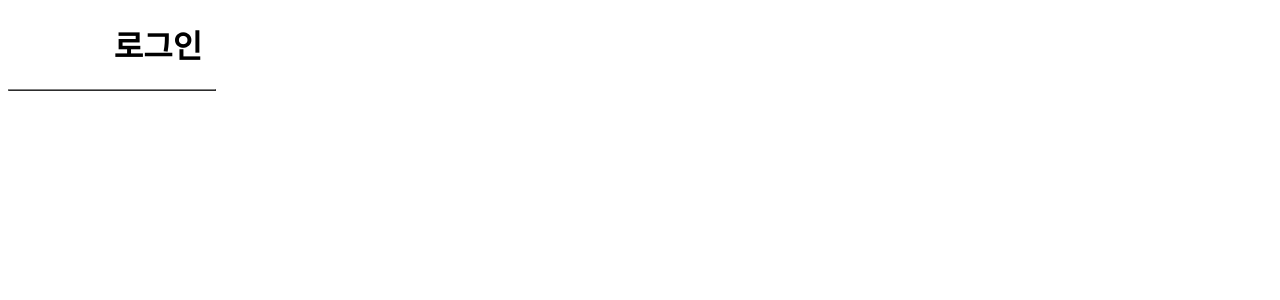
Repository: leedh909/Academy-web-
Page: http://localhost/Jsp04_LoginBoard/
The author's editor kept a copy of each file at every save. The page is drawn from the files as they stood at one save, then again after the next save.
The browser window is 1280 px wide. The pictures show the whole page.
The page is served by Tomcat 9.

Above is the page before, as saved 2020-07-01 04:33:43.

After the next save:
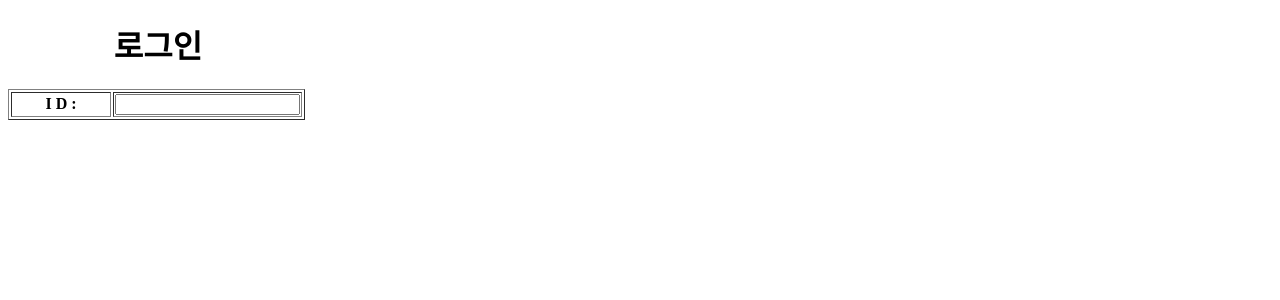
Saved 42 s later.
--- a/실습자료/eclipse-servlet/Jsp04_LoginBoard/WebContent/index.jsp
+++ b/실습자료/eclipse-servlet/Jsp04_LoginBoard/WebContent/index.jsp
@@ -17,6 +17,11 @@
 		<form action="logincontroller.jsp" method="post">
 			<table border="1">
 				<col width="100"><col width="100">
+				<tr>
+					<th>I D : </th>
+					<td><input type="text" name="id"></td>
+				</tr>
+
 			</table>
 
 		</form>
